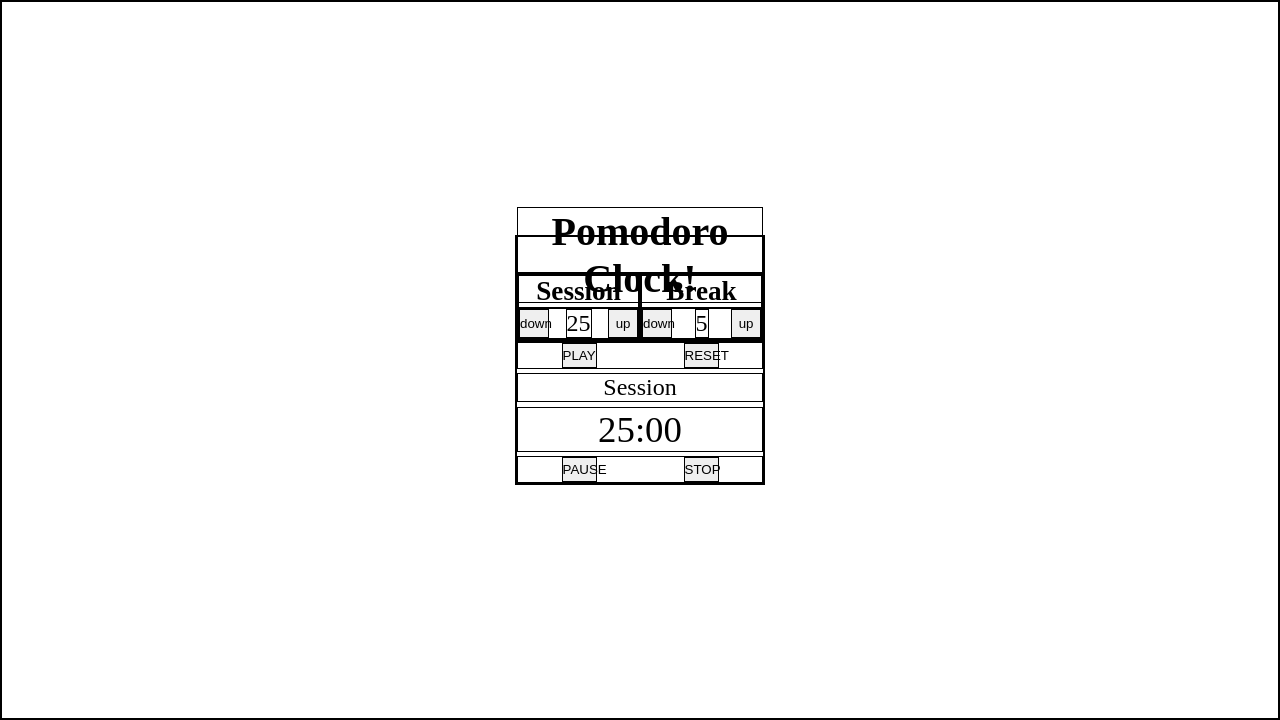
Repository: mcostigliola/pomodoroTimer
Page: index.html
These files come from the project's save history. The page is drawn as it stood at one moment and after the next save; the edit follows.
The browser window is 1280 px wide. The pictures show the whole page.

Above is the page before, as saved 2020-06-07 11:46:56.

After the next save:
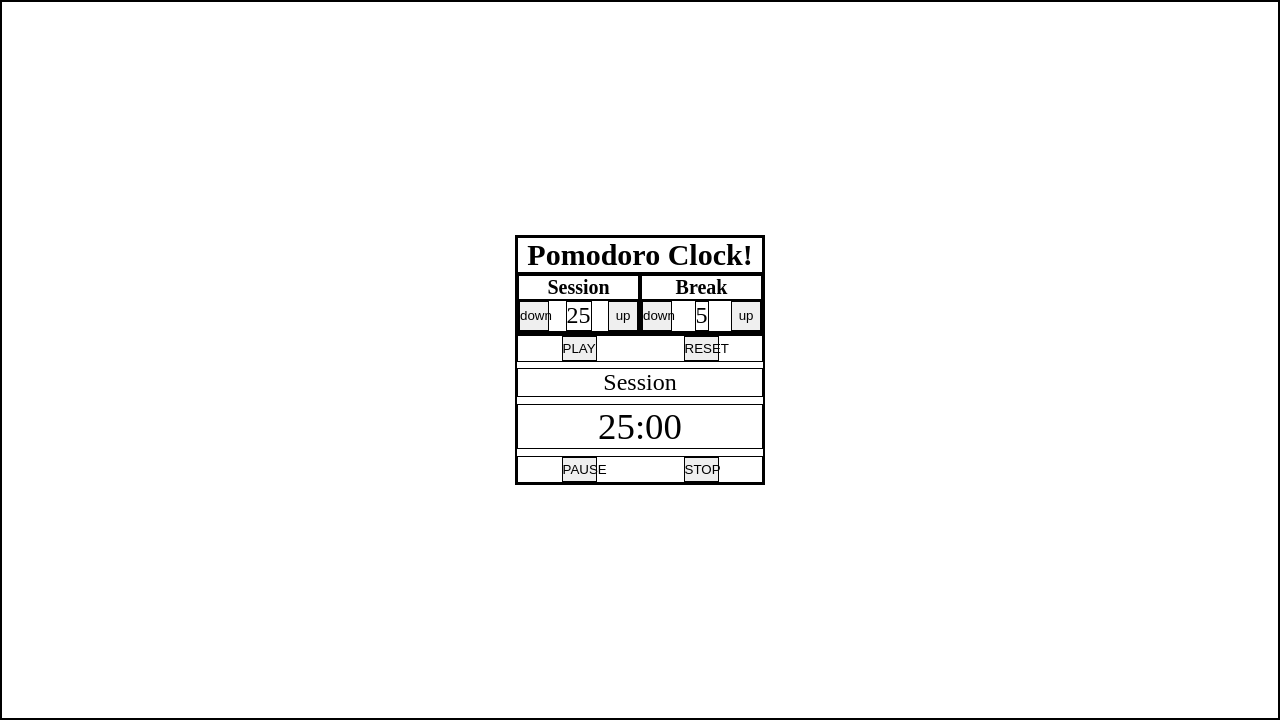
Saved 86 s later.
--- a/main.css
+++ b/main.css
@@ -48,7 +48,7 @@ button{
 #timer-container{
     display:flex;
     flex-flow: column;
-    justify-content: space-between;
+    justify-content: space-between  ;
     text-align: center;
 }
 
@@ -61,7 +61,7 @@ button{
 
 #title-watch p{
     flex-grow: 1;
-    font-size: 40px;
+    font-size: 30px;
     font-weight: bold;
 }
 
@@ -86,7 +86,7 @@ button{
 }
 
 .cnfg-name{
-    font-size: 1.7rem;
+    font-size: 20px;
 }
 
 .config-minute{
